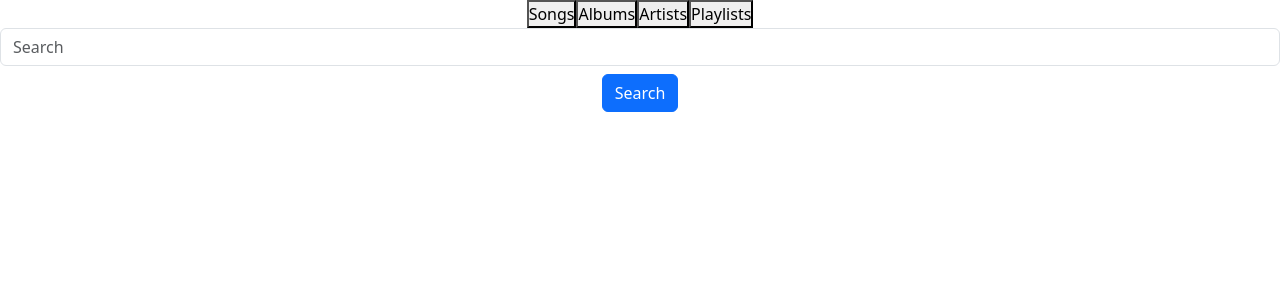
Repository: yuqiant/musify
Page: / (app in musify/)
The author's editor kept a copy of each file at every save. The page is drawn from the files as they stood at one save, then again after the next save.
The browser window is 1280 px wide. The pictures show the whole page.
The project was rebuilt for these pictures with package versions that can differ from the ones it lists, and the page was loaded fresh each time.

Above is the page before, as saved 2023-12-08 00:17:02.

### musify/src/index.js
import React from 'react';
import ReactDOM from 'react-dom/client';
import { BrowserRouter as Router } from 'react-router-dom'; // Import BrowserRouter

import './index.css';
import App from './App';
import Home from './home';
import reportWebVitals from './reportWebVitals';

const root = ReactDOM.createRoot(document.getElementById('root'));
root.render(

  <React.StrictMode>
    <Router><App /></Router>

  </React.StrictMode>
);

// If you want to start measuring performance in your app, pass a function
// to log results (for example: reportWebVitals(console.log))
// or send to an analytics endpoint. Learn more: https://bit.ly/CRA-vitals
reportWebVitals();

### musify/src/App.js
import logo from './logo.svg';
import { BrowserRouter as Router, Route, Routes } from 'react-router-dom';

import 'bootstrap/dist/css/bootstrap.min.css';
import './App.css';
import Navbar from './navbar';
import Home from './home';
import Results from './result';
function App() {
  return (
    // <div>
    //   <Navbar />
    //   <Home />
    // </div>
    <div>
      <Routes>
        {/* <Navbar /> */}
        <Route path="/" element={<Home />} />
        <Route path="/results" element={<Results />} />
      </Routes>
    </div>
  );

}

export default App;

### musify/src/home/index.js
// import React, { useState } from 'react';
// import axios from "axios";
// import 'bootstrap/dist/css/bootstrap.min.css';
// import './index.css';

// function Home() {
//     const [searchTerm, setSearchTerm] = useState('');
//     const [searchType, setSearchType] = useState('Songs');
//     const URL = "http://localhost:4000/api/songs";

//     const handleSearchChange = (event) => {
//         setSearchTerm(event.target.value);
//     };

//     const handleSearchSubmit = async (event) => {
//         event.preventDefault();
//         console.log('Search Term:', searchTerm);
//         console.log('Search Type:', searchType);
//         try {
//             // Make the API call
//             const response = await axios.post(URL, {
//                 searchTerm: searchTerm,
//                 searchType: searchType
//             });

//             const data = response.data;

//             // Do something with the search results
//             // For example, set them in the state and then map over that state to render components
//             console.log(data);
//         } catch (error) {
//             // Handle errors, for example, by setting an error message in your state and displaying it
//             // Axios wraps the response error in the 'response' object
//             if (error.response) {
//                 console.error('Error response:', error.response);
//             } else if (error.request) {
//                 console.error('Error request:', error.request);
//             } else {
//                 console.error('Error message:', error.message);
//             }
//         }
//     };

//     const handleSearchTypeChange = (type) => {
//         setSearchType(type);
//     };

//     return (
//         <div className="App">
//             <div className="playlist-section">
//                 <br /><br />
//                 <h2 className="playlist-heading">Make your Playlist</h2>
//                 <br /><br />
//                 <div className="search-types">
//                     {['Songs', 'Albums', 'Artists', 'Playlists'].map((type) => (
//                         <button
//                             key={type}
//                             className={`search-type-button ${searchType === type ? 'active' : ''}`}
//                             onClick={() => handleSearchTypeChange(type)}
//                         >
//                             {type}
//                         </button>
//                     ))}
//                     <br /><br />
//                 </div>
//                 <div className="search-container">
//                     <form onSubmit={handleSearchSubmit} className="form-inline">
//                         <input
//                             type="text"
//                             className="form-control search-bar mb-2 mr-sm-2"
//                             placeholder="Search for songs, artists, albums, playlists"
//                             value={searchTerm}
//                             onChange={handleSearchChange} />
//                         <button type="submit" className="btn btn-primary mb-2">Search</button>
//                     </form>
//                 </div>
//             </div>
//         </div>
//     );
// }

// export default Home;




import React, { useState, useEffect } from 'react';
import axios from 'axios';
import { useLocation, useNavigate } from 'react-router-dom';
import 'bootstrap/dist/css/bootstrap.min.css';
import './index.css';
import Navbar from '../navbar';

function Home() {
    const [searchTerm, setSearchTerm] = useState('');
    const [searchType, setSearchType] = useState('Songs'); // New state for search type
    const [searchResults, setSearchResults] = useState([]);
    const location = useLocation();
    const REMOTE_API_URL = "http://localhost:4000/search";
    const navigate = useNavigate();

    // useEffect(() => {
    //     const queryParams = new URLSearchParams(location.search);
    //     const query = queryParams.get('criteria');
    //     if (query) {
    //         performSearch(query);
    //     }
    // }, [location.search]);

    const handleSearchChange = (event) => {
        setSearchTerm(event.target.value);
    };

    const handleSearchTypeChange = (type) => {
        setSearchType(type); // Update the search type
    };

    // const performSearch = async (query) => {
    //     try {


    //         const url = `${REMOTE_API_URL}?query=${query}&type=${searchType}`;
    //         console.log("Requesting:", url); // 调试输出
    //         const response = await axios.get(url);
    //         // console.log("Response data:", response.data); // 查看实际返回的数据
    //         // setSearchResults(response.data.results || []);
    //         // setSearchResults([response.data]);
    //         if (Array.isArray(response.data)) {
    //             setSearchResults(response.data);
    //             console.log("Response data:", response.data);
    //         } else {
    //             setSearchResults([response.data]);
    //         }

    //     } catch (error) {
    //         console.error('Search error:', error);
    //         setSearchResults([]);
    //     }
    // };

    const handleSearchSubmit = (event) => {
        event.preventDefault();
        navigate(`/results?query=${searchTerm}&type=${searchType}`);
        // performSearch(searchTerm);
        // navigate(`/search?criteria=${searchTerm}&type=${searchType}`);
    };

    const renderSearchResults = () => {
        console.log("in render", searchResults);
        return searchResults.map((result, index) => (
            <div key={index} className="search-result-item">
                {/* <img src={result.thumbnail} alt={result.title} /> */}
                <h3>{result.songName}</h3>
                <p>{result.albumName}</p>
                <a href={`/details/${result.id}`}>View Details</a>
            </div>
        ));
    };

    // useEffect(() => {
    //     console.log("Updated search results:", searchResults);
    // }, [searchResults]);





    return (

        <div className="App">
            <div className="search-section">
                <div className="search-types">
                    {['Songs', 'Albums', 'Artists', 'Playlists'].map((type) => (
                        <button
                            key={type}
                            className={`search-type-button ${searchType === type ? 'active' : ''}`}
                            onClick={() => handleSearchTypeChange(type)}
                        >
                            {type}
                        </button>
                    ))}
                </div>
                <form onSubmit={handleSearchSubmit} className="form-inline">
                    <input
                        type="text"
                        // className="form-control search-bar"
                        className="form-control search-bar mb-2 mr-sm-2"
                        placeholder="Search"
                        value={searchTerm}
                        onChange={handleSearchChange} />
                    <button type="submit" className="btn btn-primary">Search</button>
                </form>
                <div className="search-results">
                    {renderSearchResults()}
                    {/* {performSearch} */}
                </div>
            </div>
        </div>
    );
}

export default Home;

### musify/src/result/index.js
import React, { useEffect, useState } from 'react';
import { useLocation } from 'react-router-dom';
import axios from 'axios';

function Results() {
    const location = useLocation();
    const REMOTE_API_URL = "http://localhost:4000/result";
    const [searchResults, setSearchResults] = useState([]);

    useEffect(() => {
        const queryParams = new URLSearchParams(location.search);
        const query = queryParams.get('query');
        const type = queryParams.get('type');

        // 根据 query 和 type 执行搜索
        const performSearch = async () => {
            try {
                const response = await axios.get(`${REMOTE_API_URL}?query=${query}&type=${type}`);
                if (Array.isArray(response.data)) {
                    setSearchResults(response.data);
                } else {
                    setSearchResults([response.data]);
                }
            } catch (error) {
                console.error('Search error:', error);
                setSearchResults([]); // 在错误情况下设置为空数组
            }
        };

        performSearch();
    }, [location]);


    // 渲染搜索结果
    // ...
}

export default Results;

### musify/src/home/index.css
/* Reset margin and padding to remove default browser styling */
* {
    margin: 0;
    padding: 0;
    box-sizing: border-box;
}

/* General App styling */
.App {
    text-align: center;
}

/* Navigation bar styling */
.App-nav {
    display: flex;
    justify-content: space-between;
    align-items: left;
    background-color: #282c34;
    padding: 1rem;
    color: white;
}

.App-nav h1 {
    font-size: 1.5rem;
}

.App-nav a {
    color: white;
    text-decoration: none;
    margin-left: 1rem;
}

.App-nav a:hover {
    text-decoration: underline;
}

/* Header and content styling */
.App-header {
    color: white;
    padding-top: 60px;
    /* Adjust this value as needed */
}

.App-logo {
    height: 40vmin;
    pointer-events: none;
}

.App-link {
    color: #61dafb;
}

.App-link:hover {
    color: #39a9db;
}

### musify/src/navbar/index.js

import React from 'react';
// import { NavLink } from 'react-router-dom';
import './index.css';
const Navbar = () => {
    return (
        <nav className="wd-navigation">
            {/* <div className="nav-container"> */}

            {/* <NavLink exact to="/" className="nav-logo">
                    Recipe Roulette
                </NavLink> */}
            <p className="bold-left-align">Musify</p>

            {/* 导航链接 */}
            <ul className="menu">
                <li className="list-group-item">
                    {/* <NavLink exact to="/" activeClassName="active"> */}
                    Home
                    {/* </NavLink> */}
                </li>
                <li className="list-group-item">
                    {/* <NavLink to="/language" activeClassName="active"> */}
                    Language
                    {/* </NavLink> */}
                </li>
                <li className="list-group-item">
                    {/* <NavLink to="/signin" activeClassName="active"> */}
                    Sign In/Up
                    {/* </NavLink> */}
                </li>
            </ul>
            {/* </div> */}
        </nav>
    );
};

export default Navbar;

### musify/src/navbar/index.css
.wd-navigation {
    background-color: lightgray;
    list-style: none;
    padding: 0;
    margin: 0;
    width: 100%;
    /* Full width */
    display: flex;
    /* Align items in a row */
    justify-content: space-between;
    align-items: center;
    /* Even spacing */
    height: 50px;
}

.wd-navigation .list-group-item {
    display: inline-block;
    /* Make list items inline */
    border-radius: 0;
    color: black;
    /* Optional: removes border-radius */
}

.wd-navigation .menu {
    padding-right: 50px;
}

.wd-navigation a {
    padding: 10px;
    margin-bottom: 0;
    /* Adjust for horizontal layout */
    font-size: 0.8em;
    text-align: center;
    background-color: black;
    border: none;
    display: block;
    /* Ensure proper alignment */
    color: white;
    /* Text color */
    text-decoration: none;
}

.wd-navigation a.active {
    background-color: white;
    color: red;
}

.wd-icon,
.wd-navigation a i {
    color: red;
    font-size: 2em;
    margin-bottom: 0;
    /* Adjust for horizontal layout */
}

.list-group-item {
    color: white;
    /* Set default text color to white */
    padding: 5px 10px;
}

.list-group-item.active {
    background-color: black;
    color: red;
}

/* Responsive adjustments (if needed) */
@media (max-width: 600px) {
    .wd-navigation a {
        padding: 5px;
        font-size: 0.6em;
    }
}

.bold-left-align {
    font-weight: bold;
    text-align: left;

    padding-left: 100px;
    font-size: 1.2em;
}

Loaded but not shown: musify/public/index.html (common file); musify/src/index.css (common file); musify/src/reportWebVitals.js (common file); musify/src/App.css (common file)

After the next save:
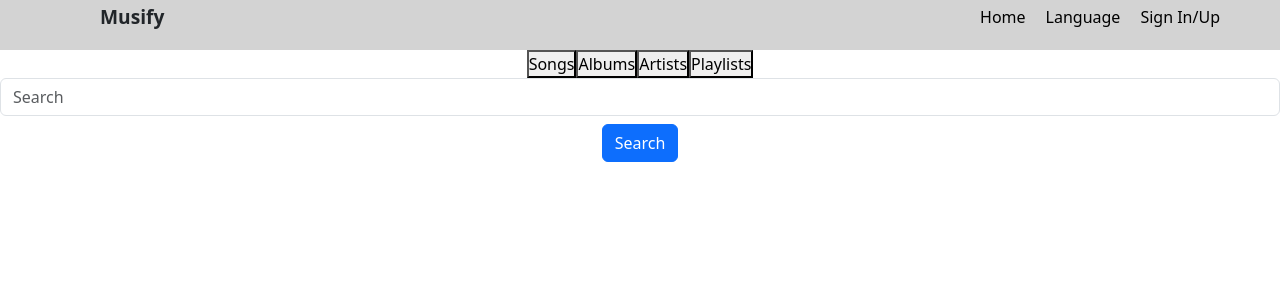
Saved 24 s later.
--- a/musify/src/home/index.js
+++ b/musify/src/home/index.js
@@ -169,6 +169,8 @@ function Home() {
 
         <div className="App">
             <div className="search-section">
+                <Navbar />
+
                 <div className="search-types">
                     {['Songs', 'Albums', 'Artists', 'Playlists'].map((type) => (
                         <button
